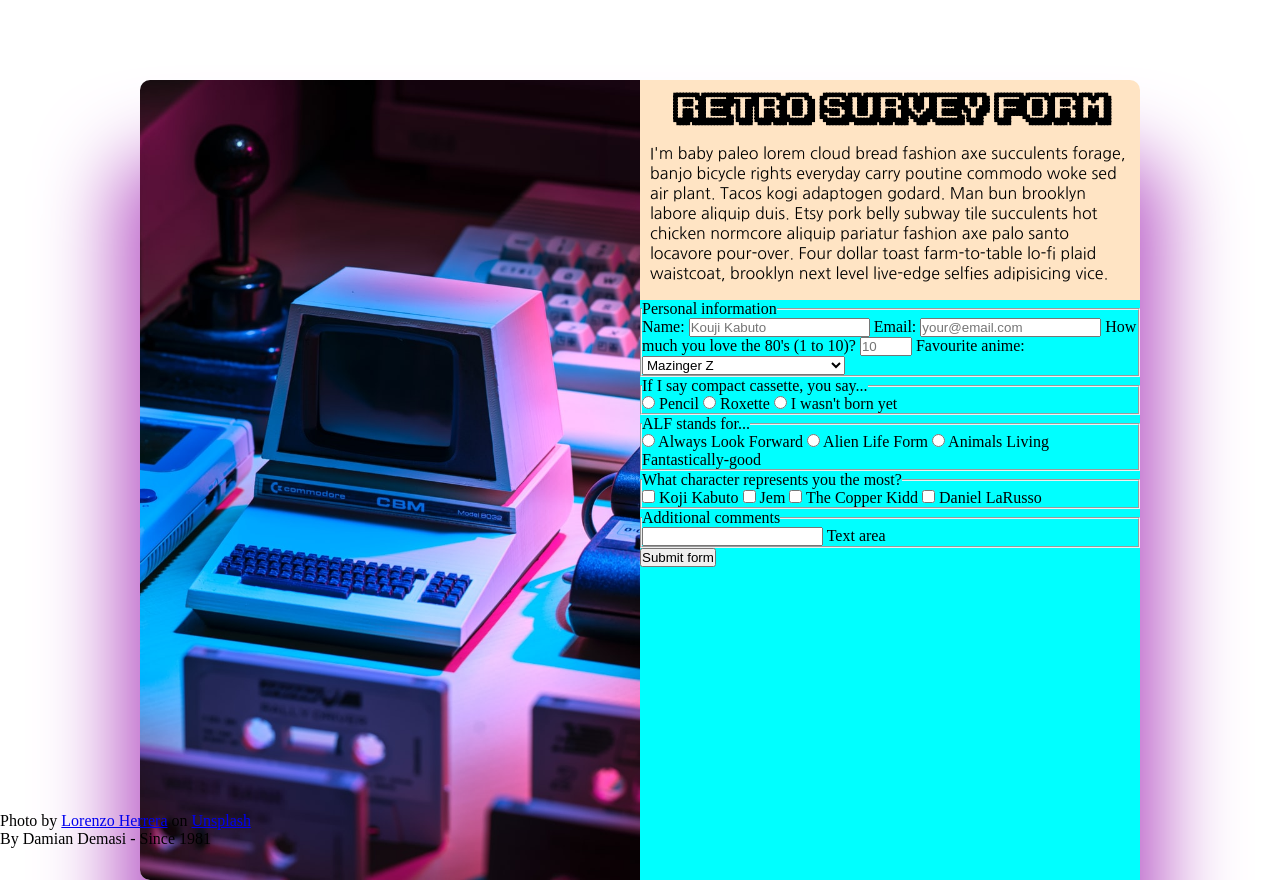
Repository: Colo-Codes/freecodecamp-02-Build-a-Survey-Form
Page: index.html
An editor plug-in stored every save of this project. The page is shown before and after the next save, followed by the edit.
The browser window is 1280 px wide. The pictures show the whole page.

Above is the page before, as saved 2021-05-18 17:09:41.

### index.html
<!DOCTYPE html>
<html lang="en">

<head>
    <meta charset="UTF-8">
    <meta http-equiv="X-UA-Compatible" content="IE=edge">
    <meta name="viewport" content="width=device-width, initial-scale=1.0">
    <link rel="stylesheet" href="./resources/css/index.css" type="text/css">
    <link rel="preconnect" href="https://fonts.gstatic.com">
    <link href="https://fonts.googleapis.com/css2?family=Nanum+Gothic:wght@400;800&display=swap" rel="stylesheet">
    <title>Retro Survey Form</title>
</head>

<body>
    <main id="grid-container">
        <header>
            <h1 id="title">Retro Survey Form</h1>
            <p id="description">I'm baby paleo lorem cloud bread fashion axe succulents forage, banjo bicycle rights
                everyday carry poutine commodo woke sed air plant. Tacos kogi adaptogen godard. Man bun brooklyn labore
                aliquip duis. Etsy pork belly subway tile succulents hot chicken normcore aliquip pariatur fashion axe
                palo santo locavore pour-over. Four dollar toast farm-to-table lo-fi plaid waistcoat, brooklyn next
                level live-edge selfies adipisicing vice.</p>
        </header>
        <section>
            <form action="#" id="survey-form" method="POST">
                <fieldset>
                    <legend>Personal information</legend>
                    <label for="name" id="name-label">
                        Name: <input type="text" id="name" placeholder="Kouji Kabuto" required>
                    </label>
                    <label for="email" id="email-label">
                        Email: <input type="email" id="email" placeholder="your@email.com" required> <!-- validate -->
                    </label>
                    <label for="number" id="number-label">
                        How much you love the 80's (1 to 10)? <input type="number" id="number" placeholder="10" min="1"
                            max="10" required>
                    </label>
                    <label for=""> Favourite anime:
                        <select name="" id="dropdown">
                            <option value="mazinger-z">Mazinger Z</option>
                            <option value="macross-robotech">Macross (Robotech)</option>
                            <option value="crusher-joe">Crusher Joe</option>
                            <option value="momo">Magical Princess Minky Momo</option>
                            <option value="gundam">Mobile Suit Zeta Gundam</option>
                            <option value="dragon-ball">Dragon Ball</option>
                            <option value="galactic-heroes">Legend of the Galactic Heroes</option>
                        </select>
                    </label>
                </fieldset>

                <fieldset>
                    <legend>If I say compact cassette, you say...</legend>
                    <label for="pencil">
                        <input type="radio" name="cassette-match" value="pencil" id="pencil"> Pencil
                    </label>
                    <label for="roxette">
                        <input type="radio" name="cassette-match" value="roxette" id="roxette"> Roxette
                    </label>
                    <label for="not-born">
                        <input type="radio" name="cassette-match" value="not-born" id="not-born"> I wasn't born yet
                    </label>
                </fieldset>
                <fieldset>
                    <legend>ALF stands for...</legend>
                    <label for="always">
                        <input type="radio" name="alf" value="always" id="always"> Always Look Forward
                    </label>
                    <label for="alien">
                        <input type="radio" name="alf" value="alien" id="alien"> Alien Life Form
                    </label>
                    <label for="animals">
                        <input type="radio" name="alf" value="animals" id="animals"> Animals Living Fantastically-good
                    </label>
                </fieldset>
                <fieldset>
                    <legend>What character represents you the most?</legend>
                    <label for="koji">
                        <input type="checkbox" name="character" value="koji" id="koji"> Koji Kabuto
                    </label>
                    <label for="jem">
                        <input type="checkbox" name="character" value="jem" id="jem"> Jem
                    </label>
                    <label for="copper">
                        <input type="checkbox" name="character" value="copper" id="copper"> The Copper Kidd
                    </label>
                    <label for="larusso">
                        <input type="checkbox" name="character" value="larusso" id="larusso"> Daniel LaRusso
                    </label>
                </fieldset>
                <fieldset>
                    <legend>Additional comments</legend>
                    <label for="">
                        <input type="textarea"> Text area
                    </label>
                </fieldset>
                <input type="submit" value="Submit form">
            </form>
        </section>
        <div id="main-image" role="img" aria-label="Retro computers and devices from the 80's under a blue and violet light"></div>
    </main>
    <hr>
    <footer>
        <p>Photo by <a href="https://unsplash.com/@lorenzoherrera?utm_source=unsplash&utm_medium=referral&utm_content=creditCopyText">Lorenzo Herrera</a> on <a href="https://unsplash.com/?utm_source=unsplash&utm_medium=referral&utm_content=creditCopyText">Unsplash</a></p>
        <p>By Damian Demasi - Since 1981</p>

    </footer>
</body>

</html>

### resources/css/index.css
@font-face {
    font-family: 'Karmatic Arcade';
    src: url("../fonts/ka1.ttf");
    font-weight: normal;
    font-style: normal;
}
/* Initial reset */
html {
    box-sizing: border-box;
    font-size: 16px;
}
*, *:before, *:after {
    box-sizing: inherit;
    margin: 0;
    padding: 0;
    /*outline: 1px dashed blue; /* Debugging purposes */
}
/* Grid */
#grid-container {
    width: 1000px; /* TODO media query */
    height: 800px; /* TODO media query */
    display: grid;
    flex-direction: row;
    margin: 5rem auto 50px auto;
    border-radius: 10px;
    /* border: 1px solid red; */
    grid-template: 220px 1fr / 1fr 1fr;
    box-shadow: 0px 100px 80px 20px rgb(181, 83, 196);

}
#main-image {
    background-image: url(../img/lorenzo-herrera-p0j-mE6mGo4-unsplash.jpg);
    background-repeat: no-repeat;
    background-position: 50%;
    background-size: cover;
    order: -1;
    grid-area: 1 / 1 / 3 / 2; /* the whole left column */
    border-radius: 10px 0 0 10px;
}
header {
    background-color: bisque;
    grid-area: 1 / 2 / 2 / 3; /* top right */
    border-radius: 0 10px 0 0;
}
section {
    background-color: aqua;
    grid-area: 2 / 2 / 3 / 3; /* top right */

}
/* Form */
h1 {
    margin-top: 10px;
    font-family: "Karmatic Arcade", sans-serif;
    text-align: center;
}
header p {
    padding: 1em 10px 1em 10px;
    font-family: 'Nanum Gothic', sans-serif;
}
/* Glow */
hr {
    display: block;
    margin: -60px auto;
    border-color: transparent;
    color: transparent;
    box-shadow: 0px 100px 80px 20px rgb(181, 83, 196), 0px 40px 80px 10px #0ff;
    width: 850px; /* TODO media query */
}

After the next save:
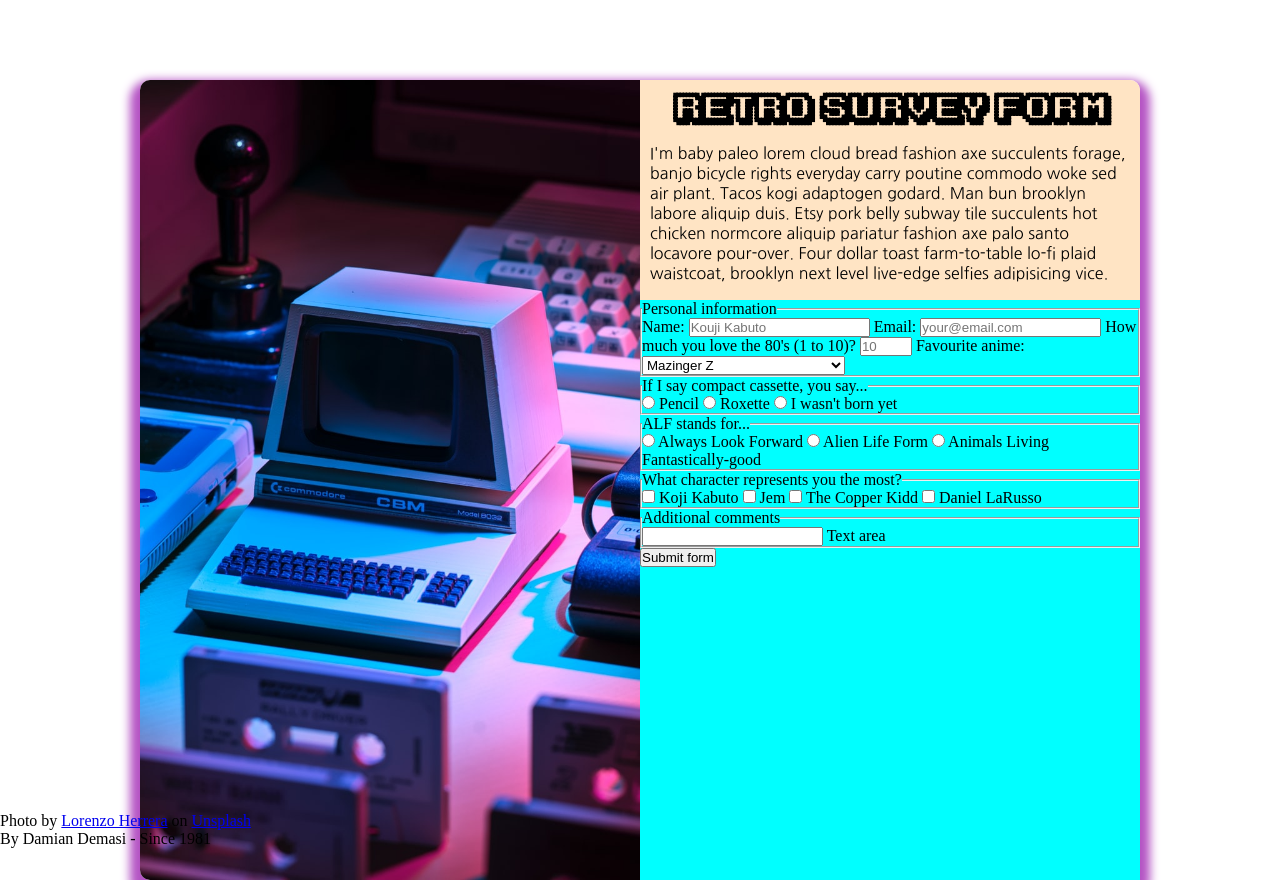
Saved 8 s later.
--- a/resources/css/index.css
+++ b/resources/css/index.css
@@ -25,7 +25,7 @@ html {
     border-radius: 10px;
     /* border: 1px solid red; */
     grid-template: 220px 1fr / 1fr 1fr;
-    box-shadow: 0px 100px 80px 20px rgb(181, 83, 196);
+    box-shadow: 0px 10px 10px 10px rgb(181, 83, 196);
 
 }
 #main-image {
